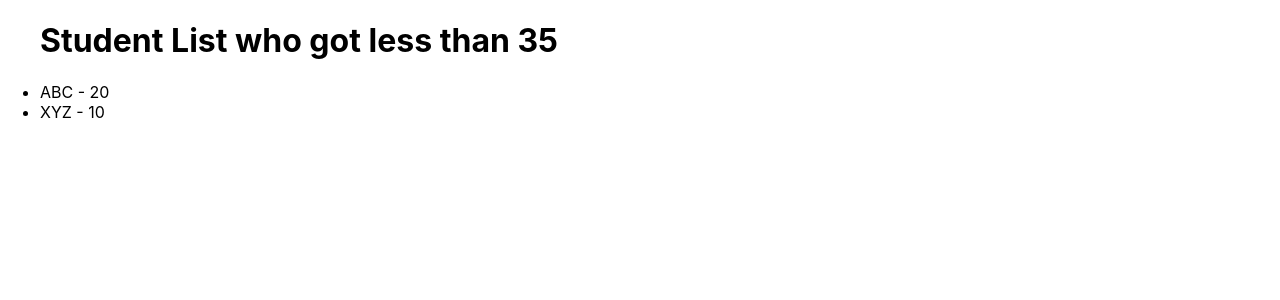
Repository: Jay1161/FSWD
Page: / (app in Week-7/task-1/task1/)
These files come from the project's save history. The page is drawn as it stood at one moment and after the next save; the edit follows.
The browser window is 1280 px wide. The pictures show the whole page.
The project was rebuilt for these pictures with package versions that can differ from the ones it lists, and the page was loaded fresh each time.

Above is the page before, as saved 2023-08-27 11:46:44.

### Week-7/task-1/task1/src/index.js
import React from 'react';
import ReactDOM from 'react-dom/client';
import './index.css';
//import App from './App';
import reportWebVitals from './reportWebVitals';
//import Test from './component'
// import ProductList from './Productlist';
// import Counter from './counter';
//import TaskList from './tasklist';
import StudentList from './studentlist';
//import Sap from './sap';


const root = ReactDOM.createRoot(document.getElementById('root'));
root.render(
  <React.StrictMode>

    <StudentList />

  </React.StrictMode>
);

// If you want to start measuring performance in your app, pass a function
// to log results (for example: reportWebVitals(console.log))
// or send to an analytics endpoint. Learn more: https://bit.ly/CRA-vitals
reportWebVitals();

### Week-7/task-1/task1/src/studentlist.jsx
import React, { useState, useEffect } from 'react';

const StudentsList = () => {
  const [students, setStudents] = useState([
    { name: 'Jay Vaja', marks: 90 },
    { name: 'ABC', marks: 20 },
    { name: 'XYZ', marks: 10 },
  ]);

  const filteredStudents = students.filter((student) => student.marks < 35);

  return (
    <ul>
        <h1>Student List who got less than 35</h1>
      {filteredStudents.map((student) => (
        <li key={student.id}>
          {student.name} - {student.marks}
        </li>
      ))}
    </ul>
  );
};

export default StudentsList;

Loaded but not shown: Week-7/task-1/task1/public/index.html (common file); Week-7/task-1/task1/src/index.css (common file); Week-7/task-1/task1/src/reportWebVitals.js (common file)

After the next save:
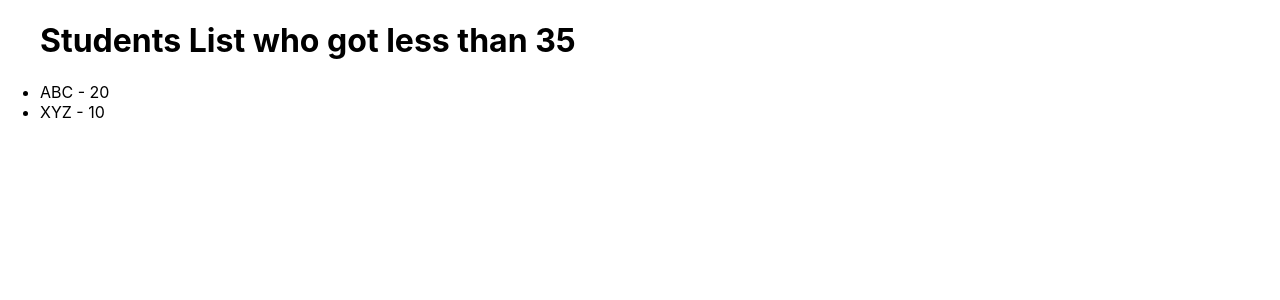
Saved 9 s later.
--- a/Week-7/task-1/task1/src/studentlist.jsx
+++ b/Week-7/task-1/task1/src/studentlist.jsx
@@ -11,7 +11,7 @@
 
   return (
     <ul>
-        <h1>Student List who got less than 35</h1>
+        <h1>Students List who got less than 35</h1>
       {filteredStudents.map((student) => (
         <li key={student.id}>
           {student.name} - {student.marks}
